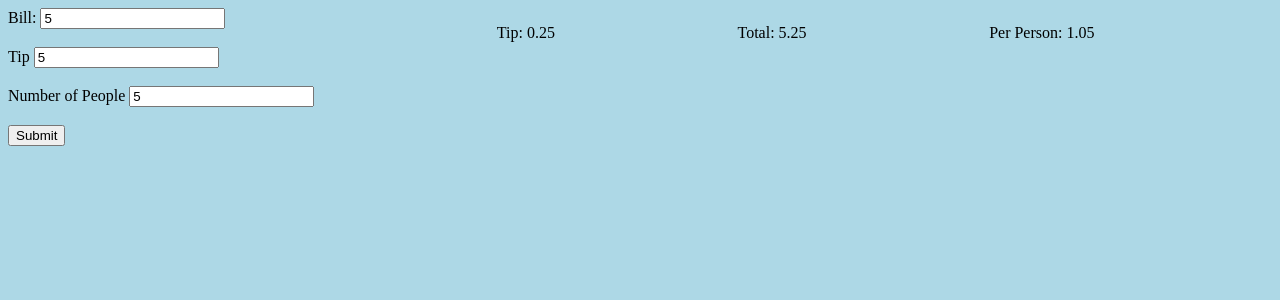
Repository: SamirIngley/Tip-Calculator
Page: calc_display.html
These files come from the project's save history. The page is drawn as it stood at one moment and after the next save; the edit follows.
The browser window is 1280 px wide. The pictures show the whole page.
Empty fields were first filled with sample values (such as "Sample", 5 or name@example.com).
After loading, the first visible `#form` was submitted once.

Above is the page before, as saved 2020-02-13 07:50:07.

### calc_display.html
<!DOCTYPE html>
<html lang="en">
<head>
    <meta charset="UTF-8">
    <meta name="viewport" content="width=device-width, initial-scale=1.0">
    <meta http-equiv="X-UA-Compatible" content="ie=edge">
    <link href="style.css" rel="stylesheet">
    <title>Tip Calculator</title>
</head>
<body>

    <div class="main-content">
        <div>
        <form id='form'>
            <div>
                <label>Bill:</label>
                <input id='bill' type="number" name="bill" placeholder="$">
            </div>
            <br>
            <div>
                <label>Tip</label>
                <input id='tip' type="number" name="tip" placeholder="%">
            </div>
            <br>
            <div>
                <label>Number of People</label>
                <input id='numppl' type="number" name="numppl" placeholder="#">
            </div>
            <br>
            <div>
                <input type="submit" name="submit" value="Submit">
            </div>
        </form>


        </div>

        <p id='tip-display'>
        </p>

        <p id='total-display'>
        </p>

        <p id='total-pp-display'>
        </p>

    </div>



    <script>

        const inputBill = document.getElementById('bill')
        const inputTip = document.getElementById('tip')
        const inputNumppl = document.getElementById('numppl')
        const form = document.getElementById('form')
        const displayTip = document.getElementById('tip-display')
        const displayTotal = document.getElementById('total-display')
        const displayTotalPP = document.getElementById('total-pp-display')


        function calculateTip() {

            const bill = parseInt(inputBill.value)
            const people = inputNumppl.value
            const percent = inputTip.value
            const tip = bill * percent / 100
            const total = bill + tip
            const totalPP = total / people
            console.log(bill)
            console.log(percent)
            console.log(total)
            console.log(tip)
            console.log(people)
            console.log(totalPP)

            displayTip.innerHTML = `Tip: ${tip.toFixed(2)}`
            displayTotal.innerHTML = `Total: ${total.toFixed(2)}`
            displayTotalPP.innerHTML = `Per Person: ${totalPP.toFixed(2)}`
        }



        form.addEventListener("submit", function(e) {
            e.preventDefault()
            calculateTip()
        })

        // inputBill.addEventListnener('change', function(e) {
        //     console.log(inputBill.value)
        //     const newBillAMount = parseFloat(e.target.value)

        // })

    </script>



</body>
</html>

### style.css
body {
    justify-content: center;
    align-items: center;
    background-color: lightblue;
}

div.main-content {
    display: grid;
    grid-gap: 5px;
    grid-template-columns: (4, 1fr);
    grid-template-rows: (4, 1fr);
    grid-template-areas: ". . . ."
                         ". i i ."
                         ". . . ."

}


div.form {
    display: flex;
    background-color: lightgreen;
    padding: 50px;
}

div.form {
    display: flex;
    grid-area: i;
}

After the next save:
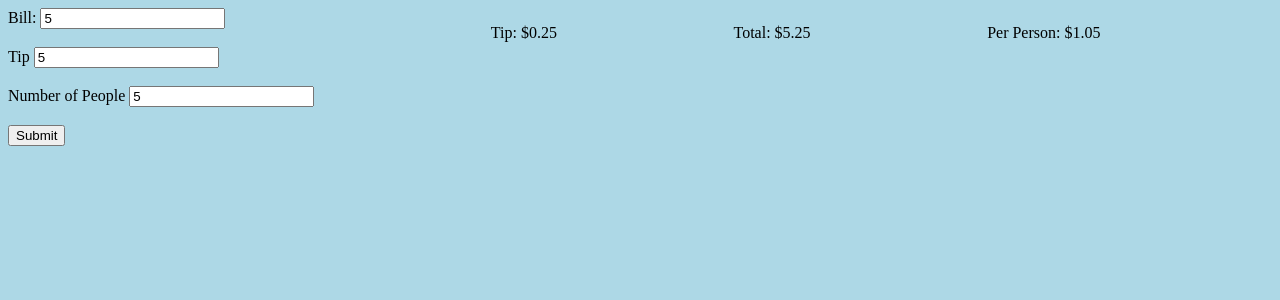
Saved 53 s later.
--- a/calc_display.html
+++ b/calc_display.html
@@ -74,9 +74,9 @@
             console.log(people)
             console.log(totalPP)
 
-            displayTip.innerHTML = `Tip: ${tip.toFixed(2)}`
-            displayTotal.innerHTML = `Total: ${total.toFixed(2)}`
-            displayTotalPP.innerHTML = `Per Person: ${totalPP.toFixed(2)}`
+            displayTip.innerHTML = `Tip: $${tip.toFixed(2)}`
+            displayTotal.innerHTML = `Total: $${total.toFixed(2)}`
+            displayTotalPP.innerHTML = `Per Person: $${totalPP.toFixed(2)}`
         }
 
 
